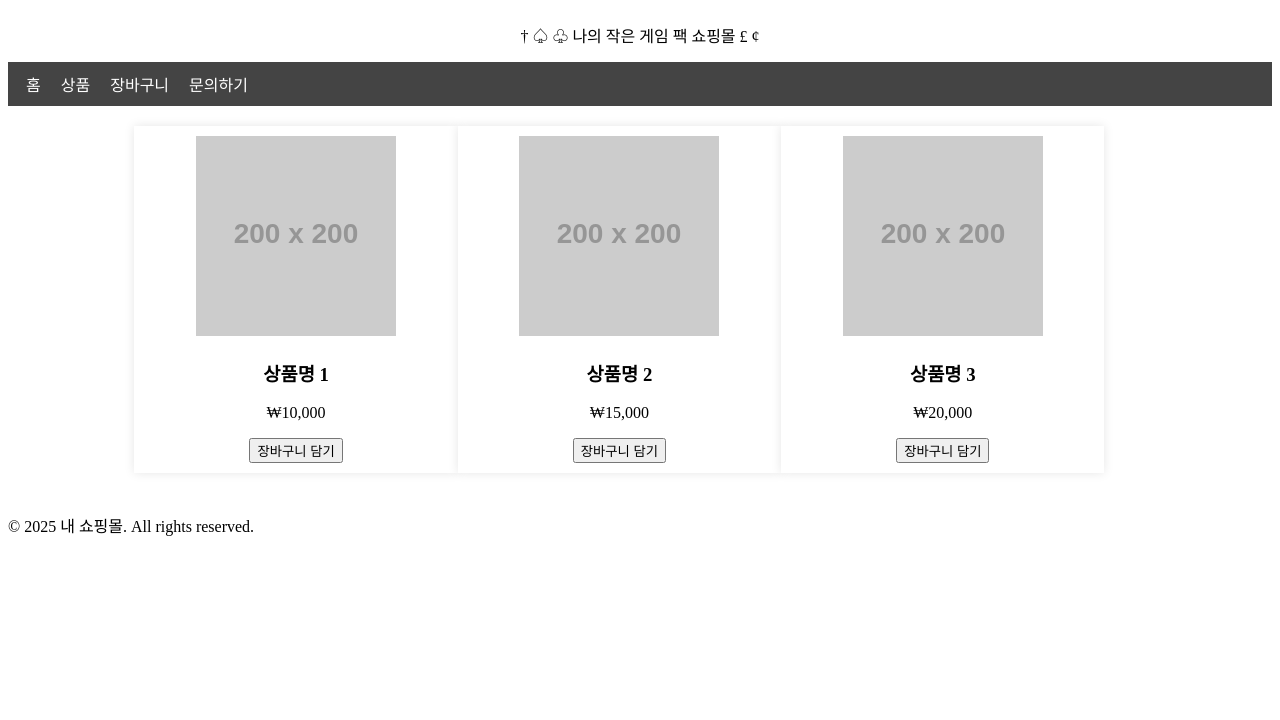
Repository: SeungYeon04/A_AssetsJSP
Page: http://localhost/JSP_Start01/
These files come from the project's save history. The page is drawn as it stood at one moment and after the next save; the edit follows.
The browser window is 1280 px wide. The pictures show the whole page.
Some web fonts or font styles are not loaded; a fallback is used. The page is served by Tomcat 9.

Above is the page before, as saved 2025-03-11 05:53:05.

After the next save:
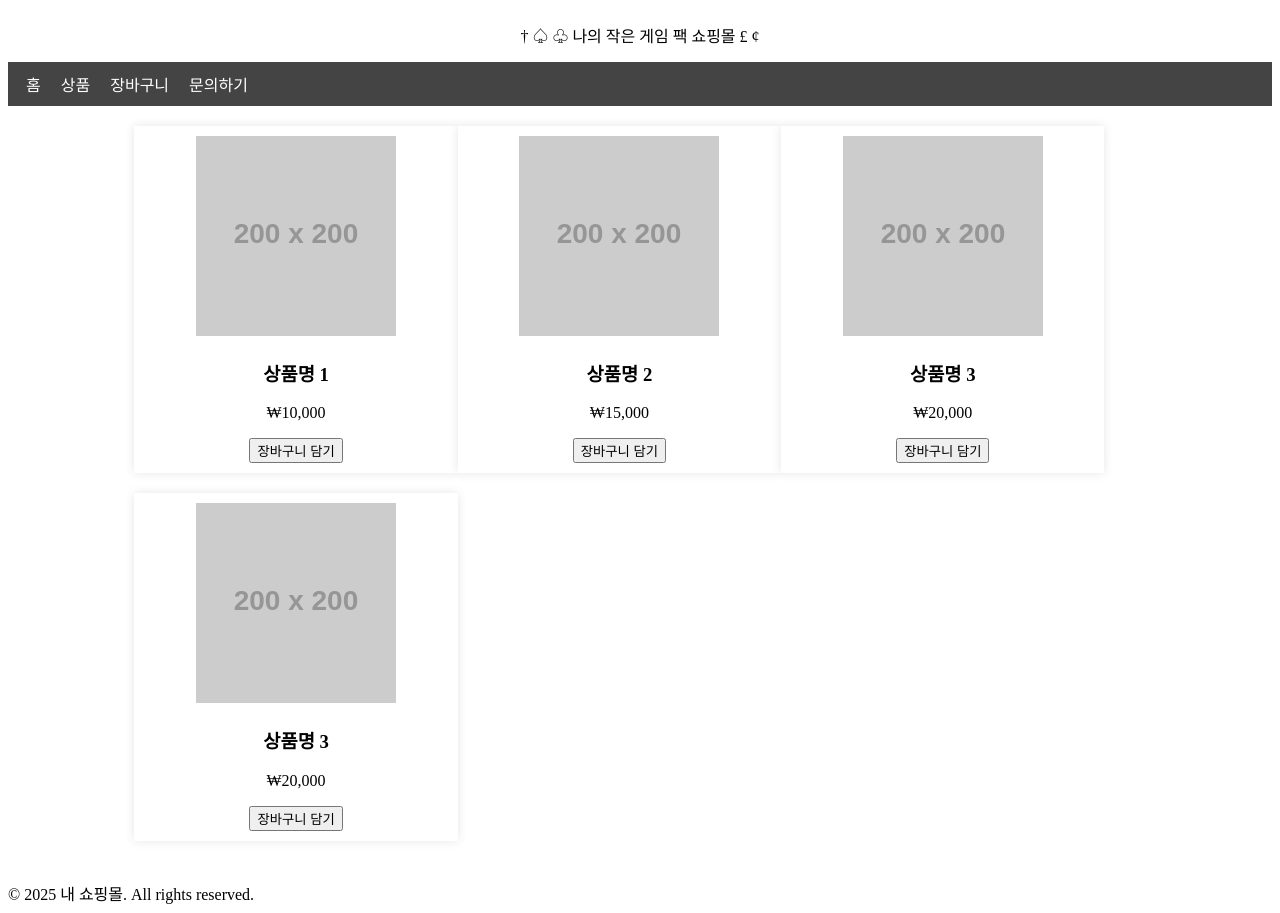
Saved 23 s later.
--- a/JSP_Start01/src/main/webapp/index.jsp
+++ b/JSP_Start01/src/main/webapp/index.jsp
@@ -31,6 +31,12 @@
             <button>장바구니 담기</button>
         </div>
 
+        <div class="product">
+            <img src="https://via.placeholder.com/200" alt="상품3">
+            <h3>상품명 3</h3>
+            <p>₩20,000</p>
+            <button>장바구니 담기</button>
+        </div>
         <div class="product">
             <img src="https://via.placeholder.com/200" alt="상품3">
             <h3>상품명 3</h3>
